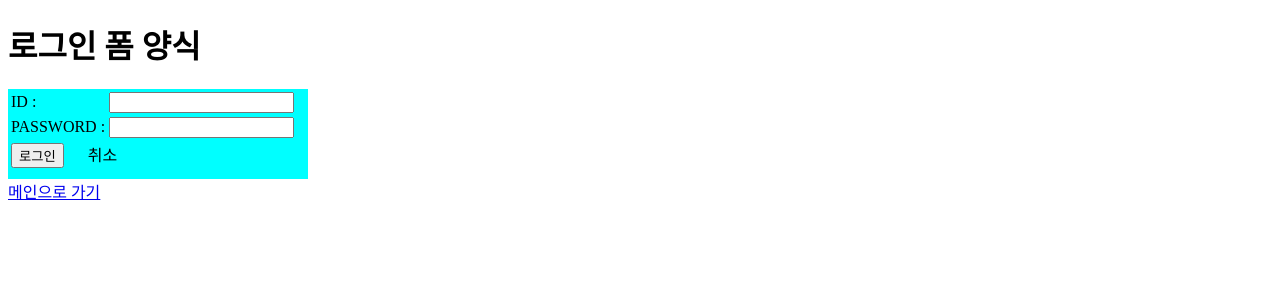
Repository: steeveelee2/WEB_Study
Page: webWorkspace/servlet1Project/web/views/loginForm.html
These files come from the project's save history. The page is drawn as it stood at one moment and after the next save; the edit follows.
The browser window is 1280 px wide. The pictures show the whole page.

Above is the page before, as saved 2018-10-10 03:51:51.

After the next save:
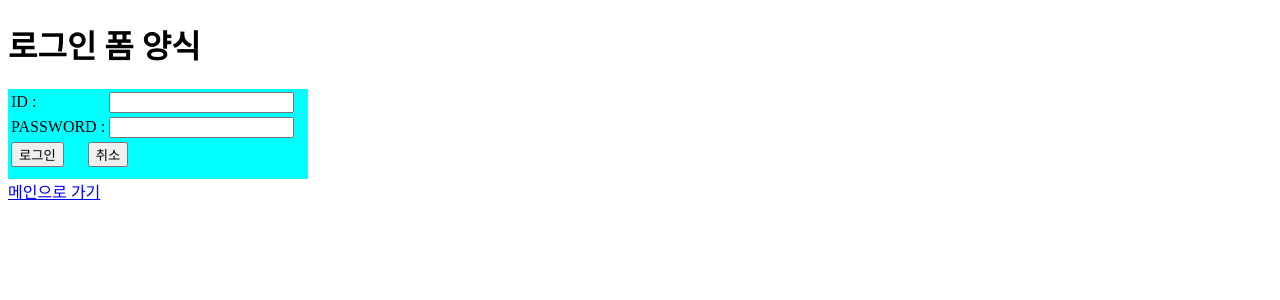
Saved 87 s later.
--- a/webWorkspace/servlet1Project/web/views/loginForm.html
+++ b/webWorkspace/servlet1Project/web/views/loginForm.html
@@ -28,7 +28,7 @@
 					<td colspan="2">
 						<button type="submit">로그인</button>
 						&nbsp;&nbsp;&nbsp;&nbsp;
-						<bytton type="reset">취소</bytton>
+						<button type="reset">취소</bytton>
 					</td>
 				</tr>
 			</table>
